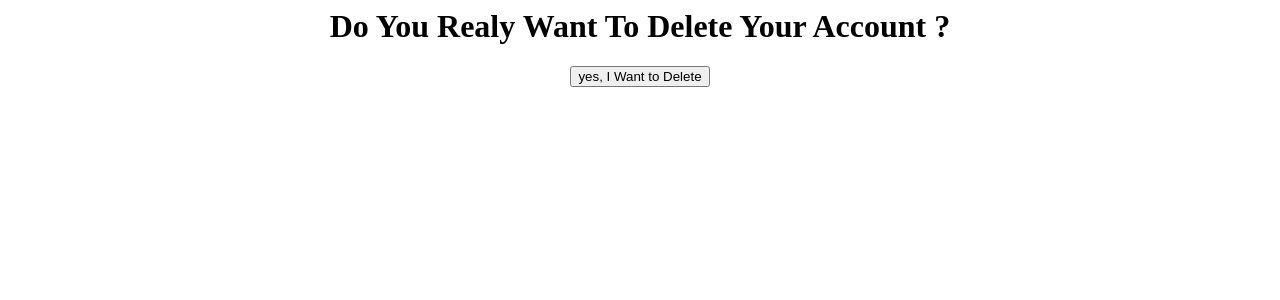
Repository: truonghuynhquy/M_Dev_Store
Page: http://localhost/customer/delete_account.php
These files come from the project's save history. The page is drawn as it stood at one moment and after the next save; the edit follows.
The browser window is 1280 px wide. The pictures show the whole page.
The page is run by PHP 8.4 with error messages shown; the project is at /var/www/html/.

Above is the page before, as saved 2022-11-14 17:31:57.

After the next save:
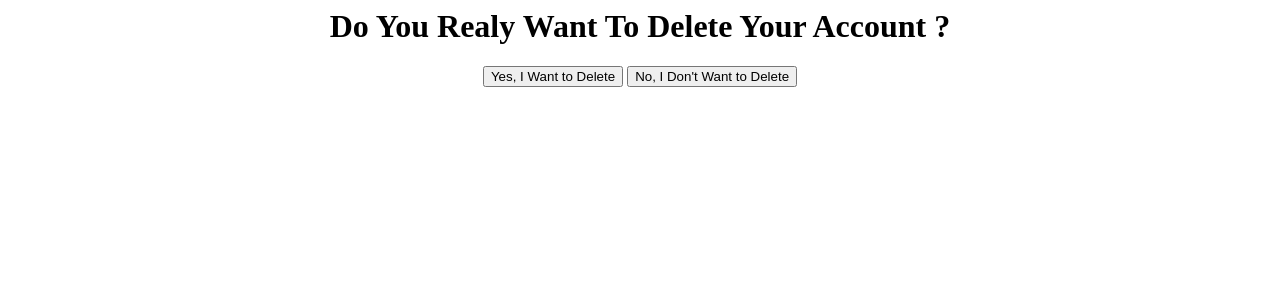
Saved 83 s later.
--- a/customer/delete_account.php
+++ b/customer/delete_account.php
@@ -6,7 +6,9 @@
     <form action="" method="post">
         <!-- form Begin -->
 
-        <input type="submit" name="Yes" value="yes, I Want to Delete" class="btn btn-danger">
+        <input type="submit" name="Yes" value="Yes, I Want to Delete" class="btn btn-danger">
+
+        <input type="submit" name="No" value="No, I Don't Want to Delete" class="btn btn-primary">
 
     </form><!-- form Finish -->
 
